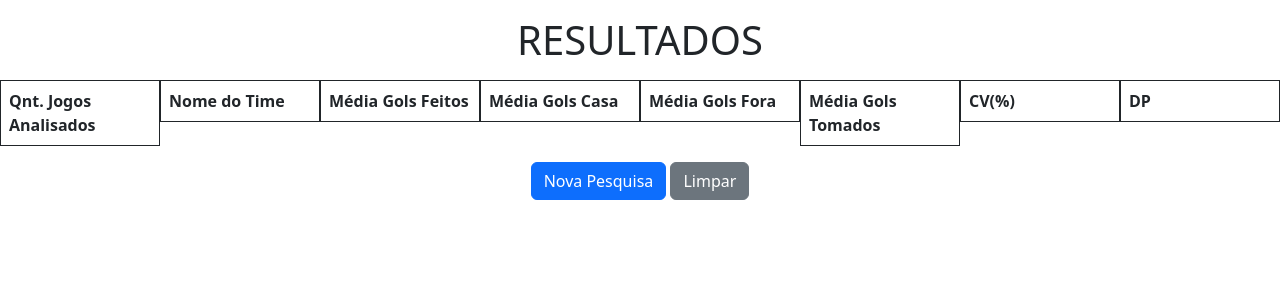
Repository: ricardodamaceno/Coeficiente-de-Variacao-de-Gols
Page: http://localhost/resposta
These files come from the project's save history. The page is drawn as it stood at one moment and after the next save; the edit follows.
The browser window is 1280 px wide. The pictures show the whole page.
The page is this project's Thymeleaf template; nobody is signed in. The template is opened directly, without the code that normally fills it, so the values that code supplies are empty.

Above is the page before, as saved 2022-09-29 20:05:20.

### aposta-tozo/src/main/resources/templates/resposta.html
<!DOCTYPE html>
<html xmlns:th="http://www.thymeleaf.org">
<head>
<meta name="viewport"
	content="width = device-width, initial-scale = 1, shrink-to-fit = no">
<!-- CSS only -->
<link
	href="https://cdn.jsdelivr.net/npm/bootstrap@5.2.1/dist/css/bootstrap.min.css"
	rel="stylesheet"
	integrity="sha384-iYQeCzEYFbKjA/T2uDLTpkwGzCiq6soy8tYaI1GyVh/UjpbCx/TYkiZhlZB6+fzT"
	crossorigin="anonymous">
<title>Apostas Esportivas</title>
<style>
.flex {
	display: flex;
}

.space-between {
	justify-content: space-between;
}

[data-tooltip] {
	position: relative;
	font-weight: bold;
}

[data-tooltip]:after {
	display: none;
	position: absolute;
	padding: 5px;
	border-radius: 3px;
	bottom: calc(100% + 2px);
	content: attr(data-tooltip);
	white-space: wrap;
	background-color: #0095ff;
	color: White;
}

[data-tooltip]:hover:after {
	display: block;
}
</style>
</head>

<body>

	<h1 class="text-center mb-3 mt-3">RESULTADOS</h1>
	<div class="d-flex">
		<table
			class="table table-striped table-hover table-bordered border-dark">
			<thead>
				<tr>
					<th class="p-2 flex-fill" scope="col">Qnt. Jogos Analisados</th>
				</tr>
			</thead>
			<tbody>
				<tr data-th-each="qnt : ${jogosAnalisados}">
					<td data-th-text="${qnt.jogosAnalisados}"></td>
				</tr>
			</tbody>
		</table>
		<table
			class="table table-striped table-hover table-bordered border-dark">
			<thead>
				<tr>
					<th class="p-2 flex-fill" scope="col">Nome do Time</th>
				</tr>
			</thead>
			<tbody>
				<tr data-th-each="time : ${pesqTimes}">
					<td data-th-text="${time.nomeTime}"></td>
				</tr>
			</tbody>
		</table>
		<table
			class="table table-striped table-hover table-bordered border-dark">
			<thead>
				<tr>
					<th class="p-2 flex-fill" scope="col">Média Gols Feitos</th>
				</tr>
			</thead>
			<tbody>
				<tr data-th-each="med : ${media}">
					<td data-th-text="${med.mediaGol}"></td>
				</tr>
			</tbody>
		</table>
		<table
			class="table table-striped table-hover table-bordered border-dark">
			<thead>
				<tr>
					<th scope="col">Média Gols Casa</th>
				</tr>
			</thead>
			<tbody>
				<tr data-th-each="medcasa : ${mediaGolCasa}">
					<td data-th-text="${medcasa.mediaGolCasa}"></td>
				</tr>
			</tbody>
		</table>
		<table
			class="table table-striped table-hover table-bordered border-dark">
			<thead>
				<tr>
					<th scope="col">Média Gols Fora</th>
				</tr>
			</thead>
			<tbody>
				<tr data-th-each="medfora : ${mediaGolFora}">
					<td data-th-text="${medfora.mediaGolFora}"></td>
				</tr>
			</tbody>
		</table>
		<table
			class="table table-striped table-hover table-bordered border-dark">
			<thead>
				<tr>
					<th scope="col">Média Gols Tomados</th>
				</tr>
			</thead>
			<tbody>
				<tr data-th-each="medContra : ${mediaTomados}">
					<td data-th-text="${medContra.mediaGolsTomados}"></td>
				</tr>
			</tbody>
		</table>
		<table
			class="table table-striped table-hover table-bordered border-dark">
			<thead>
				<tr>
					<th scope="col"
						data-tooltip="Coeficiente de Variação dos Gols Feitos">CV(%)</th>
				</tr>
			</thead>
			<tbody>
				<tr data-th-each="coeVar : ${cv}">
					<td data-th-text="${coeVar.coeficienteDeVariacao} + '%'"></td>
				</tr>
			</tbody>
		</table>
		<table
			class="table table-striped table-hover table-bordered border-dark">
			<thead>
				<tr>
					<th scope="col" data-tooltip="Desvio Padrão dos Gols Feitos">DP</th>
				</tr>
			</thead>
			<tbody>
				<tr data-th-each="desvioPadrao : ${desvio}">
					<td data-th-text="${desvioPadrao.desvioPadrao} + ' gols'"></td>
				</tr>
			</tbody>
		</table>

	</div>
	<div class="d-grid gap-2 d-md-flex justify-content-md-center">
		<form method="post" action="/add">
			<!-- <button type="submit" class="btn btn-primary">Voltar</button> -->
			<a href="/add" class="btn btn-primary" tabindex="-1" role="button"
				aria-disabled="true">Nova Pesquisa</a> <a href="/voltar"
				class="btn btn-secondary" tabindex="-1" role="button"
				aria-disabled="true">Limpar</a>
		</form>
	</div>
</body>
</html>

After the next save:
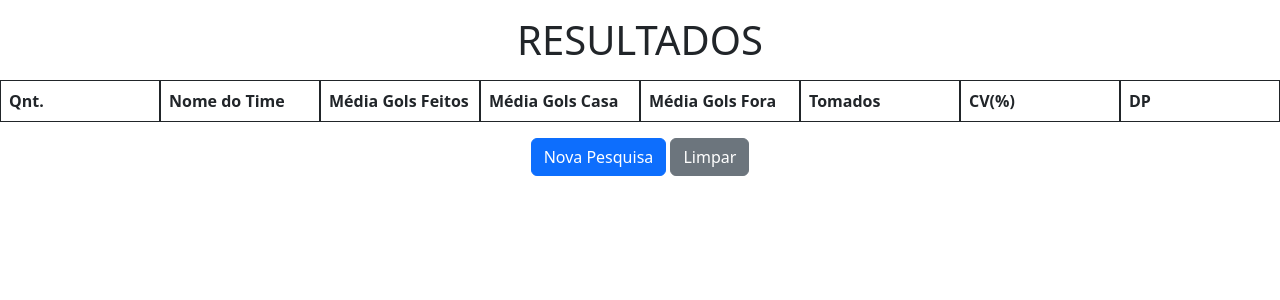
Saved 78 s later.
--- a/aposta-tozo/src/main/resources/templates/resposta.html
+++ b/aposta-tozo/src/main/resources/templates/resposta.html
@@ -50,7 +50,7 @@
 			class="table table-striped table-hover table-bordered border-dark">
 			<thead>
 				<tr>
-					<th class="p-2 flex-fill" scope="col">Qnt. Jogos Analisados</th>
+					<th scope="col">Qnt.</th>
 				</tr>
 			</thead>
 			<tbody>
@@ -63,7 +63,7 @@
 			class="table table-striped table-hover table-bordered border-dark">
 			<thead>
 				<tr>
-					<th class="p-2 flex-fill" scope="col">Nome do Time</th>
+					<th scope="col">Nome do Time</th>
 				</tr>
 			</thead>
 			<tbody>
@@ -76,7 +76,7 @@
 			class="table table-striped table-hover table-bordered border-dark">
 			<thead>
 				<tr>
-					<th class="p-2 flex-fill" scope="col">Média Gols Feitos</th>
+					<th scope="col">Média Gols Feitos</th>
 				</tr>
 			</thead>
 			<tbody>
@@ -115,7 +115,7 @@
 			class="table table-striped table-hover table-bordered border-dark">
 			<thead>
 				<tr>
-					<th scope="col">Média Gols Tomados</th>
+					<th scope="col">Tomados</th>
 				</tr>
 			</thead>
 			<tbody>
